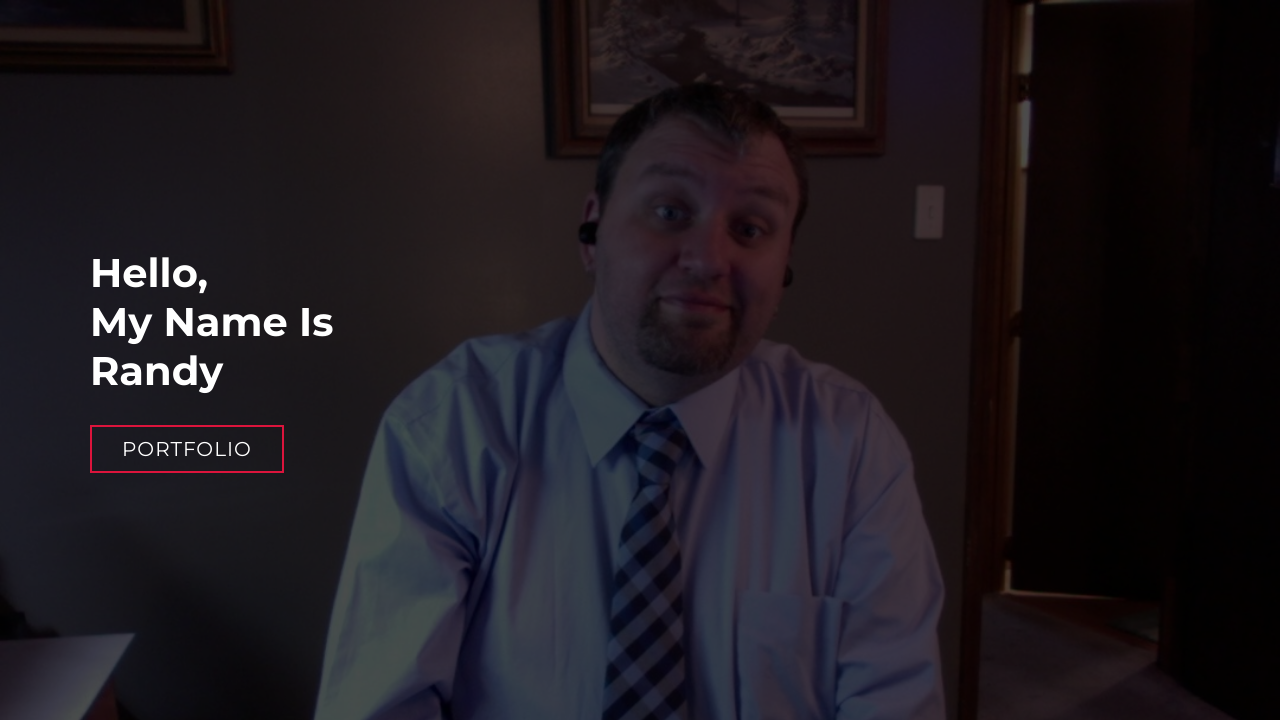
Repository: randysteele/my-portfolio-2023
Page: index.html
These files come from the project's save history. The page is drawn as it stood at one moment and after the next save; the edit follows.
The browser window is 1280 px wide. The pictures show the whole page.

Above is the page before, as saved 2023-04-23 12:38:03.

### index.html
<!DOCTYPE html>
<html lang="en">
<head>
    <meta charset="UTF-8">
    <meta http-equiv="X-UA-Compatible" content="IE=edge">
    <meta name="viewport" content="width=device-width, initial-scale=1.0">
    <link rel="stylesheet" href="style.css">
    <title>Randy Steele Portfolio</title>
</head>
<body>
    <!-- Hero Section -->
    <section id="hero">
        <div class="hero container">
            <div>
            <h1>Hello, <span></span></h1>
            <h1>My Name Is <span></span></h1>
            <h1>Randy <span></span></h1>
            <a href="#" type="button" class="cta">Portfolio</a>
        </div>
    </div>
    </section>


    <!-- End Hero Section -->
</body>
</html>

### style.css
@import url('https://fonts.googleapis.com/css2?family=Montserrat:wght@300;400;700&display=swap');
* {
    padding: 0;
    margin: 0;
    box-sizing: border-box;
}
html {
    font-size: 10px;
    font-family: "Montserrat", "sans-serif";
}
a {
    text-decoration: none;
}
.container {
    min-height: 100vh;
    width: 100%;
    display: flex;
    align-items: center;
    justify-content: center;
}
/* Hero Section */
#hero {
    background-image: url(./img/me1.jpeg);
    background-size: cover;
    background-position: top center;
    position: relative;
    z-index: 1;
}
#hero::after{
    content: '';
    position: absolute;
    left: 0;
    top: 0;
    height: 100%;
    width: 100%;
    background-color: black;
    opacity: 0.7;
    z-index: -1;
}
#hero .hero{
    max-width: 1200px;
    margin: 0 auto;
    padding: 0 50px;
    justify-content: flex-start;
}
#hero h1{
    display: block;
    width: fit-content;
    font-size: 4rem;
    position: relative;
    color: transparent;
    animation: text_reveal 1s ease forwards;
    animation-delay: 1s
}
#hero h1:nth-child(1){
    animation-delay: 1s;
}
#hero h1:nth-child(2){
    animation-delay: 2s;
}
#hero h1:nth-child(3){
    animation-delay: 3s;
}

#hero .cta {
  display: inline-block;
  padding: 10px 30px;
  color: white;
  background-color: transparent;
  border: 2px solid crimson;
  font-size: 2rem;
  text-transform: uppercase;
  letter-spacing: 0.1rem;
  margin-top: 30px;
  transition: 0.3s ease;
  transition-property: background-color, color;
}
#hero .cta:hover {
    color: white;
    background-color: crimson;
}
#hero h1 span {
    position: absolute;
    top: 0;
    left: 0;
    height: 100%;
    width: 0;
    background-color: crimson;
    animation: text_reveal_box 1s ease;
    animation-delay: .3s;
}

#hero h1:nth-child(1) span {
    animation-delay: 1s;
}
#hero h1:nth-child(2) span {
    animation-delay: 2s;
}

#hero h1:nth-child(3) span {
    animation-delay: 3s;
}

/* End Hero Section */

/* Keyframes */

@keyframes text_reveal_box {
    50%{
        width: 100%;
        left: 0;
    }
    100%{
        width: 0;
        left: 100%;
    }
}
@keyframes text_reveal{
    100%{
        color: white;

    }
}

After the next save:
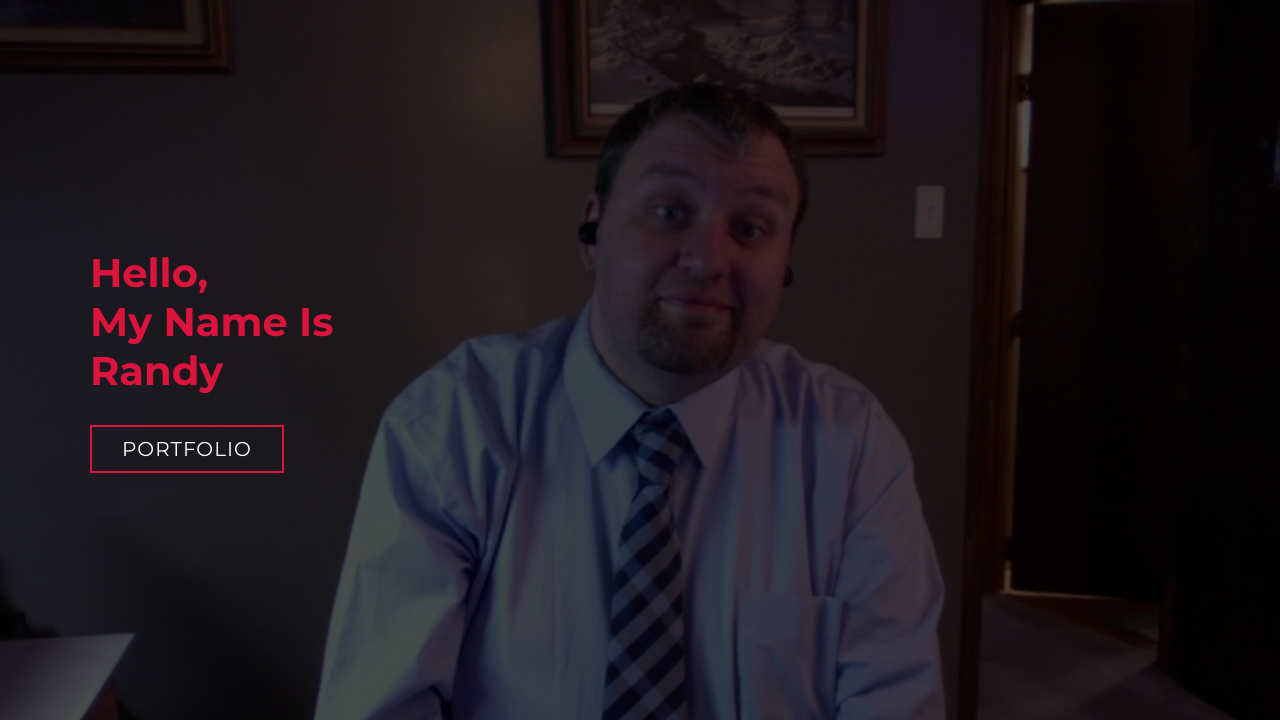
Saved 2 min 4 s later.
--- a/style.css
+++ b/style.css
@@ -121,3 +121,9 @@ a {
 
     }
 }
+@keyframes text_reveal{
+    100%{
+        color: crimson;
+        font-weight: 500px;
+    }
+    }
